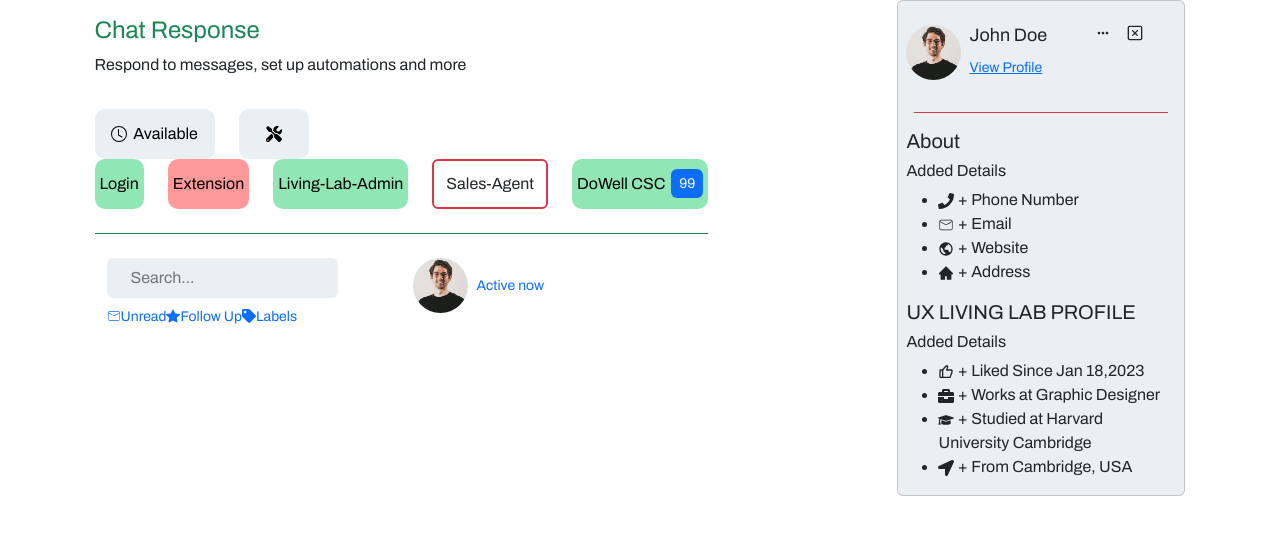
Repository: uh-sman/UX-Living-Lab-Chat
Page: /
These files come from the project's save history. The page is drawn as it stood at one moment and after the next save; the edit follows.
The browser window is 1280 px wide. The pictures show the whole page.
The project was rebuilt for these pictures with package versions that can differ from the ones it lists, and the page was loaded fresh each time.

Above is the page before, as saved 2023-05-10 16:57:30.

After the next save:
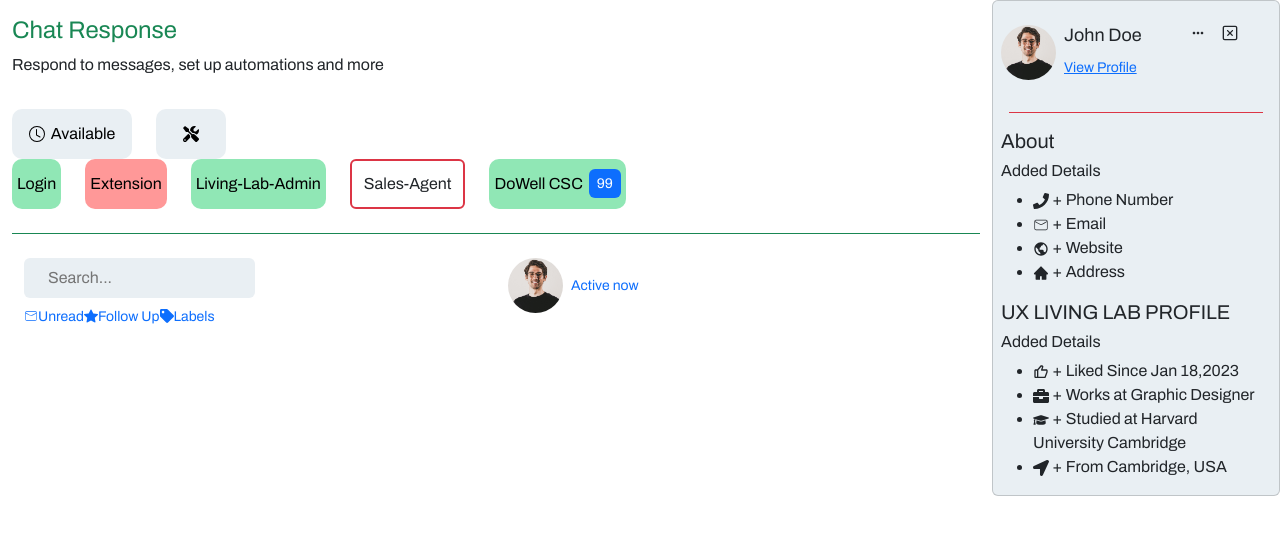
Saved 4 min 20 s later.
--- a/src/container/ChatSection.js
+++ b/src/container/ChatSection.js
@@ -5,7 +5,7 @@ import SearchBar from "./Chats/SearchBar";
 
 const ChatSection = () => {
   return (
-    <div className="w-full">
+    <div className="container">
       <ChatHeader />
       {/* chats come here */}
       <div className="d-flex my-2">
